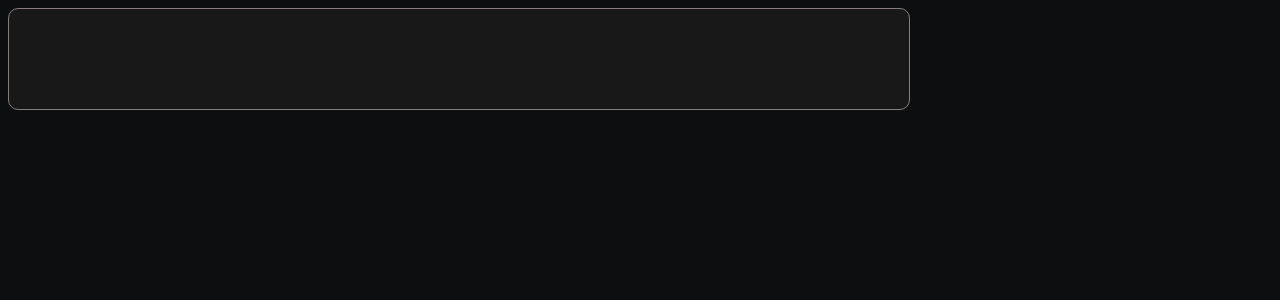
Repository: andytrn0/ElectronJS
Page: GUI/index.html
The author's editor kept a copy of each file at every save. The page is drawn from the files as they stood at one save, then again after the next save.
The browser window is 1280 px wide. The pictures show the whole page.

Above is the page before, as saved 2024-10-15 13:55:00.

### GUI/index.html
<!DOCTYPE html>
<html>
  <head>
    <title>Trang chủ </title>
    <link rel="stylesheet" href="../CSS/index.css">
  </head>

<body>
  <div id="menu">

  </div>
</body>

</html>

### CSS/index.css
body
{
    background-color:rgb(12, 14, 16)
}
#menu
{
 width: 900px;
 border: 1px solid #867e7e;
 height: 100px;
 background-color: #181818;
 font-family: Helvetica, sans-serif;
 font-size: 13px;
 border-radius: 10px;
 -moz-border-radius: 10px;
 -webkit-border-radius: 10px;
}

After the next save:
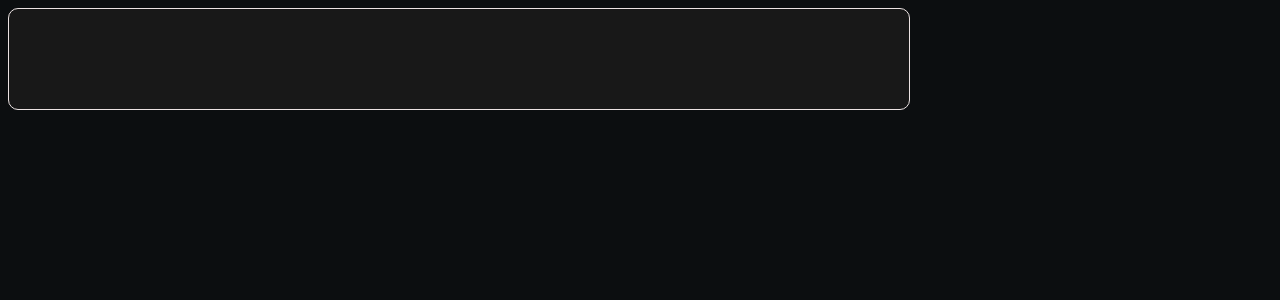
Saved 4 s later.
--- a/CSS/index.css
+++ b/CSS/index.css
@@ -5,7 +5,7 @@
 #menu
 {
  width: 900px;
- border: 1px solid #867e7e;
+ border: 1px solid #ebe2e2;
  height: 100px;
  background-color: #181818;
  font-family: Helvetica, sans-serif;
